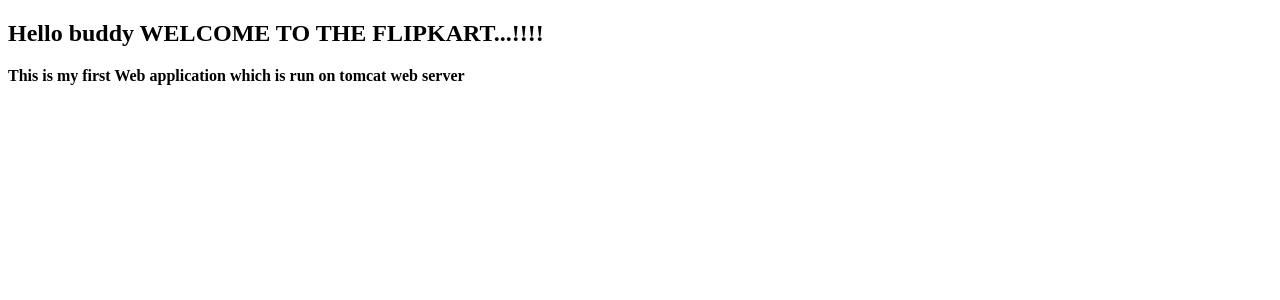
Repository: Bhushan1307/jewelltechno
Page: flipkart/src/main/webapp/index.html
An editor plug-in stored every save of this project. The page is shown before and after the next save, followed by the edit.
The browser window is 1280 px wide. The pictures show the whole page.

Above is the page before, as saved 2023-02-13 11:27:07.

After the next save:
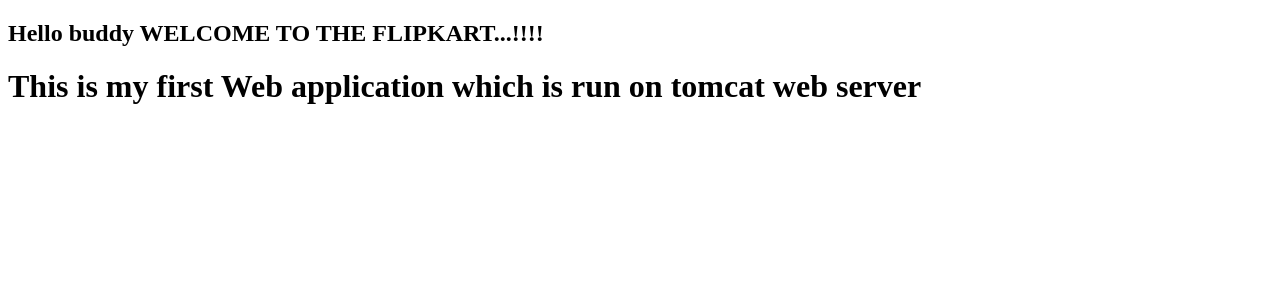
Saved 26 s later.
--- a/flipkart/src/main/webapp/index.html
+++ b/flipkart/src/main/webapp/index.html
@@ -6,6 +6,6 @@
   </head>
   <body>
 	<h2>Hello buddy WELCOME TO THE FLIPKART...!!!!</h2>
-	<b>This is my first Web application which is run on tomcat web server</b>
+	<h1>This is my first Web application which is run on tomcat web server</h1>
   </body>
 </html>
